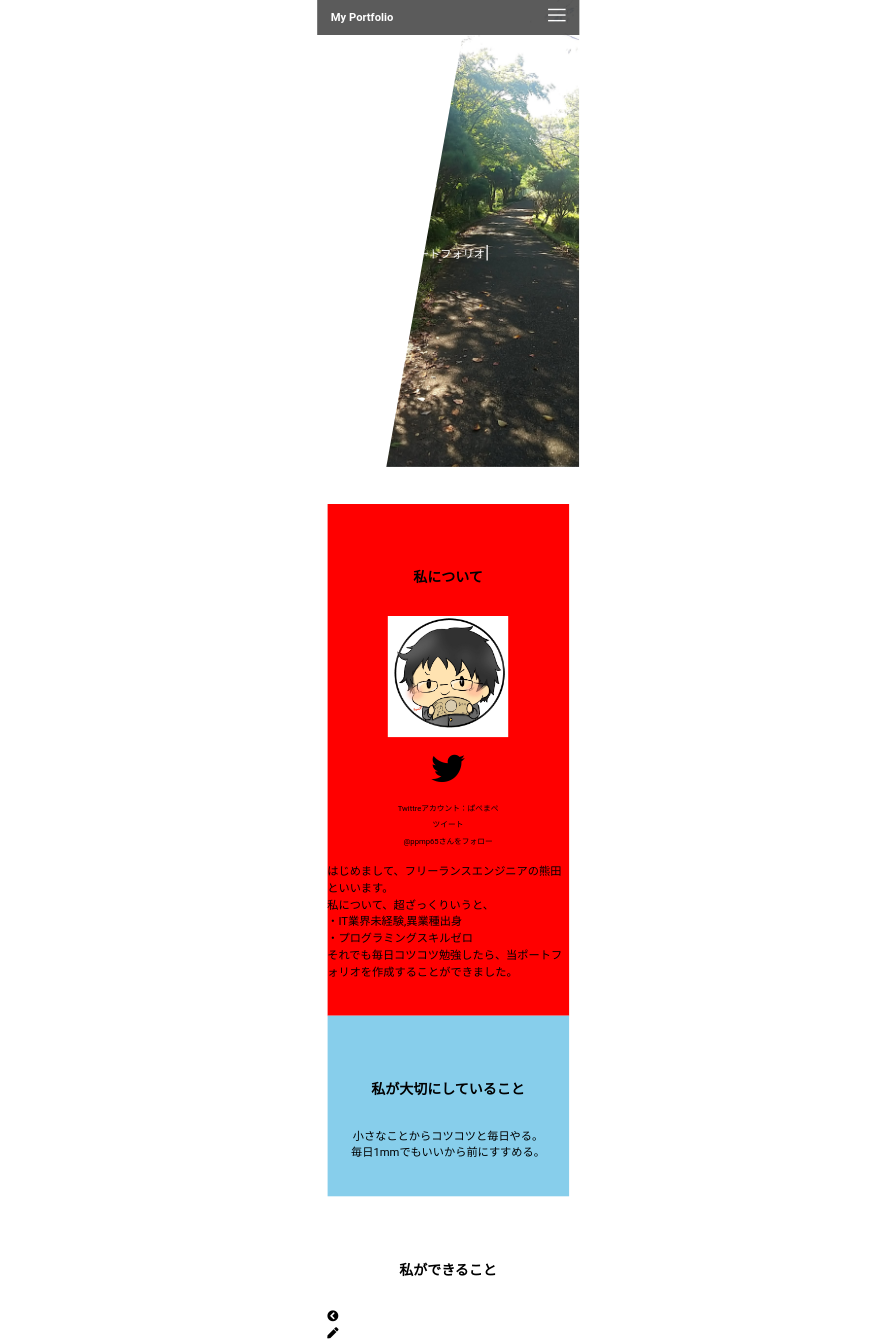
Repository: ppmp556/portfolio6
Page: index copy.html
An editor plug-in stored every save of this project. The page is shown before and after the next save, followed by the edit.
The browser window is 1280 px wide. The pictures show the part of the page from y = 0 to 1920 px (the page is 3189 px tall), at 70% of full size.
Some web libraries are served in a nearby version. The style sheet was rebuilt from its Sass, Less or Tailwind sources for each picture, by a compiler version that may differ from the author's.

Above is the page before, as saved 2020-10-12 21:39:26.
Console error: TypeError: Cannot read properties of null (reading 'addEventListener')

### index copy.html
<!DOCTYPE html>
<html ja>
  <head>
    <meta charset="utf-8" />
    <meta
      name="viewport"
      content="width=device-width, initial-scale=1.0, maximum-scale=1.0, minimum-scale=1.0"
    />
    <title>ポートフォリオ</title>
    <link rel="stylesheet" href="css/faundation.css" />
    <link rel="stylesheet" href="css/main.css" />
    <link
      href="https://use.fontawesome.com/releases/v5.6.1/css/all.css"
      rel="stylesheet"
    />
    <script src="https://ajax.googleapis.com/ajax/libs/jquery/3.4.1/jquery.min.js"></script>
  </head>

  <body>
    <div class="container">

      <div class="kv" id="kv">
        <div class="kv_container">
          <img src="images/道.jpg" alt="" class="kv_img">


          <!-- <img src="/images/3566338_s.jpg" alt="" class="kv_img"> -->
          <!-- <img src="/images/3566338_s.jpg" alt="" class="kv_img"> -->
          <!-- <img src="/images/3566338_s.jpg" alt="" class="kv_img"> -->
          <!-- <img src="/images/3566338_s.jpg" alt="" class="kv_img"> -->
          <div class="kv_wrapper line">
            <p class="kv_animetype">
                ポートフォリオ<span class="line_type">|</span>
            </p><!-- /.kv_animetype -->

          </div><!-- /.kv_wrapper -->
        </div><!-- /.kv_container -->
      </div>
      <!-- /#kv.kv -->

      <header class="header" id="top">
        <div class="header_inner flex">
          <h1 class="header_ttl"><a href="index.html">My Portfolio</a></h1>
          <!-- /.header_ttl -->

          <nav class="nav">
            <!-- ハンバーガーメニュー部分 -->

            <div class="nav_ham" id="nav_toggle">
              <span class="nav_line tg1"></span>
              <span class="nav_line tg2"></span>
              <span class="nav_line tg3"></span>
            </div>
            <!-- ハンバーガーメニューここまで -->

            <ul class="nav_list flex">
              <div class="nav_inner">
                <li class="nav_item">
                  <a href="#Top" class="nav_link">TOP</a>
                </li>
                <!-- /.nav_item -->
                <li class="nav_item">
                  <a href="#about" class="nav_link">Profile</a>
                </li>
                <!-- /.nav_item -->
                <li class="nav_item">
                  <a href="#skill" class="nav_link">Skill</a>
                </li>
                <!-- /.nav_item -->
                <li class="nav_item">
                  <a href="#blog" class="nav_link">Blog</a>
                </li>
                <!-- /.nav_item -->
                <li class="nav_item">
                  <a href="#create" class="nav_link">Create</a>
                </li>
                <!-- /.nav_item -->
              </div><!-- /.nav_inner -->
            </ul>
            <!-- /.nav_list -->
          </nav>
          <!-- /.nav -->
        </div><!-- /.header_inner -->
      </header>
      <!-- /.header -->



      <main class="main_container">
        <div class="inner">

          <section class="about" id="about">
            <h2 class="section_ttl">私について</h2>
            <!-- /.section_ttl -->

            <div class="section_inner">
              <div class="about_left">
                <div class="about_imgbox">
                  <img src="images/アイコン.jpg" alt="" class="about_img">
                  <div class="about_share">
                    <a href="" class="about_share_icon">
                      <i class="fab fa-twitter fa-3x share"></i>
                      <p class="about_sharetxt">Twittreアカウント：ぱぺまぺ</p>
                      <!-- /.about_sharetxt --> </a
                    ><!-- /.about_share_icon -->
                      <br>
                    <a
                      href="https://twitter.com/share"
                      class="twitter_share_button"
                      data-via="webgaku"
                      data-lang="ja"
                      >ツイート</a
                    >
                      <br>
                    <a
                      href="https://twitter.com/ppmp65"
                      class="twitter_follow_button"
                      data-show-count="false"
                      data-lang="ja"
                      >@ppmp65さんをフォロー</a
                    >
                  </div>
                  <!-- /.about_share -->
                </div>
                <!-- /.about_imgbox -->
              </div>
              <!-- /.about_left -->

              <div class="about_right">
                <p class="about_txt">
                  はじめまして、フリーランスエンジニアの熊田といいます。<br />
                  私について、超ざっくりいうと、<br />

                  ・IT業界未経験,異業種出身 <br />
                  ・プログラミングスキルゼロ<br />

                  それでも毎日コツコツ勉強したら、当ポートフォリオを作成することができました。
                </p>
                <!-- /.about_txt -->
              </div>
              <!-- /.about_right -->
            </div>
            <!-- /.section_inner -->
          </section>
          <!-- /#about.about -->

          <section class="policy" id="policy">
            <h2 class="section_ttl">私が大切にしていること</h2>
            <!-- /.section_ttl -->

            <div class="policy_animebox">
              <div class="policy_anime">
                <p class="policy_txt">
                  小さなことからコツコツと毎日やる。<br />
                  毎日1mmでもいいから前にすすめる。
                </p>
                <!-- /.policy_txt -->
              </div>
              <!-- /.policy_anime -->
            </div>
            <!-- /.policy_anime -->
          </section>
          <!-- /#policy.policy -->

          <section class="skill" id="skill">
            <div class="scroll_fade_row">
              <h2 class="section_ttl">私ができること</h2>
              <!-- /.section_ttl -->

              <div class="skill_box">
                <div class="skill_content">
                  <div class="slide_btn prev">
                    <i class="fas fa-chevron-circle-left"></i>
                  </div>
                  <!-- /.slide_btn -->

                  <div class="skill_inner">
                    <div class="skill_inbox slide active">
                      <i class="skillIcon fas fa-pen"></i>
                      <p class="skill_inboxttl">執筆</p>
                      <!-- /.skill_inboxttl -->
                      <p class="skill_txt">
                        文章を考えるのが好きです<br />
                        ブログ執筆で毎日1000～2000文字程度<br />
                        書いています。<br />
                        ブログは毎日1日1記事更新。
                      </p>
                      <!-- /.skill_txt -->
                    </div>
                    <!-- /.skill_inbox -->

                    <div class="skill_inbox slide active">
                      <i class="skillIcon fas fa-code"></i>
                      <p class="skill_inboxttl">コーディング</p>
                      <!-- /.skill_inboxttl -->
                      <p class="skill_txt">
                        独学とプログラミングスクール併用<br />
                        全くの知識ゼロから始めました。<br />
                      </p>
                      <!-- /.skill_txt -->
                    </div>
                    <!-- /.skill_inbox -->

                    <div class="skill_inbox slide active">
                      <i class="skillIcon fas fa-pen"></i>
                      <p class="skill_inboxttl">執筆</p>
                      <!-- /.skill_inboxttl -->
                      <p class="skill_txt">
                        文章を考えるのが好きです<br />
                        ブログ執筆で毎日1000～2000文字程度<br />
                        書いています。<br />
                        ブログは毎日1日1記事更新。
                      </p>
                      <!-- /.skill_txt -->
                    </div>
                    <!-- /.skill_inbox -->

                    <div class="skill_inbox slide active">
                      <i class="skillIcon fas fa-cog"></i>
                      <p class="skill_inboxttl">執筆</p>
                      <!-- /.skill_inboxttl -->
                      <p class="skill_txt">
                        文章を考えるのが好きです<br />
                        ブログ執筆で毎日1000～2000文字程度<br />
                        書いています。<br />
                        ブログは毎日1日1記事更新。
                      </p>
                      <!-- /.skill_txt -->
                    </div>
                    <!-- /.skill_inbox -->
                  </div>
                  <!-- /.skill_inner -->
                </div>
                <!-- /.skill_content -->
              </div>
              <!-- /.skill_box -->
            </div>
            <!-- /.scroll_fade_row -->
          </section>
          <!-- /#skill.skill -->

          <section class="blog" id="blog">
            <div class="scroll_fade_row">
              <h2 class="section_ttl">ブログ</h2>
              <!-- /.section_ttl -->

              <div class="section_inner">
                <h3 class="blog_txt">ぱぺまぺの低年収者のための資産運用計画</h3>
                <!-- /.blog_txt -->

                <div class="blog_imgbox">
                  <a href="https://ppmp556.com"
                    >https://ppmp556.com
                    <img
                      class="blogImg"
                      src="images/invest01.png"
                      alt="ブログ1"
                    />
                  </a>
                </div>
                <!-- /.blog_imgbox -->
                <div class="blog_txtbox">
                  <p class="blog_txt">
                    投資ブログです。<br />
                    資金が少なくてもできる投資や、<br />
                    初心者向けの投資、投資についての考え方や<br />
                    ヒントなどを発信しています。（1日1記事更新）
                  </p>
                  <!-- /.blog_txt -->
                </div>
                <!-- /.blog_txtbox -->
              </div>
              <!-- /.section_inner -->
            </div>
            <!-- /.scroll_fade_row -->
          </section>
          <!-- /#blog.blog -->

          <section class="create" id="create">
            <div class="scroll_fade_row">
              <h2 class="section_ttl">制作物</h2>
              <!-- /.section_ttl -->
              <div class="section_inner">
                <div class="create_imgbox">
                  <p class="create_ttl">ポートフォリオ<br />（このサイト）</p>
                  <!-- /.create_ttl -->

                  <!-- アコーディオンメニュー実装する -->
                </div>
                <!-- /.create_imgbox -->
              </div>
              <!-- /.section_inner -->
            </div>
            <!-- /.scroll_fade_row -->
          </section>
          <!-- /#create.create -->
        </div>
        <!-- /.inner -->
      </main>

      <footer class="footer">
        <ul class="footer_list">
          <li class="footer_nav">
            <a href="" class="footer_link"></a>
          </li>
          <!-- /.footer_nav -->
          <li class="footer_nav">
            <a href="" class="footer_link"></a>
          </li>
          <!-- /.footer_nav -->
          <li class="footer_nav">
            <a href="" class="footer_link"></a>
          </li>
          <!-- /.footer_nav -->
          <li class="footer_nav">
            <a href="" class="footer_link"></a>
          </li>
          <!-- /.footer_nav -->
          <li class="footer_nav">
            <a href="" class="footer_link"></a>
          </li>
          <!-- /.footer_nav -->
        </ul>
        <!-- /.footer_list -->

        <div class="footer_copy">
          <small class="footer_txt">@ copyright</small
          ><!-- /.footer_txt -->
        </div>
        <!-- /.footer_copy -->
      </footer>
      <!-- /.footer -->
    </div>
    <!-- /.container -->

    <!-- <btn id="page-top"><a href="#top">PAGE TOP</a></btn> -->
    <script src="https://code.jquery.com/jquery-3.4.1.js"></script>
    <script src="main.js"></script>
  </body>
</html>

### css/faundation.css
/*
html5doctor.com Reset Stylesheet
v1.6.1
Last Updated: 2010-09-17
Author: Richard Clark - http://richclarkdesign.com
Twitter: @rich_clark
*/

html,
body,
div,
span,
object,
iframe,
h1,
h2,
h3,
h4,
h5,
h6,
p,
blockquote,
pre,
abbr,
address,
cite,
code,
del,
dfn,
em,
img,
ins,
kbd,
q,
samp,
small,
strong,
sub,
sup,
var,
b,
i,
dl,
dt,
dd,
ol,
ul,
li,
fieldset,
form,
label,
legend,
table,
caption,
tbody,
tfoot,
thead,
tr,
th,
td,
article,
aside,
canvas,
details,
figcaption,
figure,
footer,
header,
hgroup,
menu,
nav,
section,
summary,
time,
mark,
audio,
video {
  margin: 0;
  padding: 0;
  border: 0;
  outline: 0;
  font-size: 100%;
  vertical-align: baseline;
  background: transparent;
}

body {
  line-height: 1.5;
}

article,
aside,
details,
figcaption,
figure,
footer,
header,
hgroup,
menu,
nav,
section {
  display: block;
}

nav ul {
  list-style: none;
}

table {
  border-collapse: collapse;
  border-spacing: 0;
}


a {
  color: inherit;
  text-decoration: none;
}


img {
  width: 100%;

  /*画像がはみでるのを防ぐ　max-width*/
  max-width: 100%;
  height: auto;

  vertical-align: bottom;
}

/* h1,h2,h3,h4,h5,h6 { */
/* font-weight: bold; */
/* } */

### css/main.scss
@charset 'utf-8';

/****************************************:

全体のスタイル

*****************************************:*/


$cWhite: #ffffff;
$cOcher: #c1a250;
$cBlack: #333;
$cGray: rgb(139, 137, 137);
$cBgColor: #eaebed;


$widthPc: 1024px;
$widthTab: 764px;
$widthSp: 480px;

@mixin fontsize($cFontSz: 3.6rem) {
    font-size: $cFontSz;
    color: $cWhite;
}





@mixin pc {
    @media screen and (min-width: $widthPc) {
        @content;
    }
}


@mixin tab {
    @media screen and (min-width: $widthTab) and (max-width: $widthPc) {
        @content;
    }
}



html {
    // ルートのフォントサイズ 10pxに設定
    font-size: 62.5%;
}

body {
    // デフォルトのフォントサイズ 16pxと同等のサイズに設定
    font-size: 1.6em;
    font-size: 16px;
    width: 375px;
    margin: 0 auto;
    font-family: "Roboto", sans-serif, "Noto Sans";
}


* {
    box-sizing: border-box;
}


.overall {
    font-family: "Yu Gothic", YuGothic, "Hiragino Kaku Gothic Pro", "YuGothic",
        "Meiryo", verdana, "Osaka", "MS PGothic", Sans-Serif, "Yu Mincho",
        YuMincho, "MS P Mincho", serif;

    background-color: $cBgColor;
}

.container {
    width: 100%;
    margin: 0 auto;
    // color: $cWhite;
    position: relative;
    overflow: hidden;
}



.mock {
    /* モック画像 */
    position: absolute;
    top: 0;
    left: 0;
    right: 0;
    margin: 0 auto;
    width: 375px;
    opacity: 0.3;

    /* 反転 */
    filter: hue-rotate(180deg);

    /* テキストを掴まないように */
    pointer-events: none;

    z-index: 999;
}



.flex {
    display: flex;
    justify-content: space-between;
}

.inner {
    margin: 0 auto;
    padding: 0 15px;
}

.section_ttl {
    display: block;
    text-align: center;
    margin: 40px 0;
    font-size: 2rem;
}

/****************************************:

kv

*****************************************:*/

.kv {
    position: relative;


    &_container {
        height: 100vh;

        clip-path: polygon(58% 0, 100% 0, 100% 100%, 24% 100%);

    }

    &_img {
        width: 100%;
        // height: 100%;
        display: block;

    }

    &_wrapper {
        position: absolute;
        top: 50%;
        left: 50%;
        transform: translate(-50%, -50%);
    }

    &_animetype {
        color: $cWhite;
    }


}


/****************************************:
タイプアニメーション
*****************************************:*/


.line {
    // position: relative;
    top: 50%;
    width: 24em;
    text-align: center;
    margin: 0 auto;
    font-size: 100%;
    white-space: nowrap;
    overflow: hidden;
    animation: type 2.5s steps(80, end);
    animation: typewriter 4s steps(60) 1s 1 normal both,
    /* normal:標準の方向で実行、both:forwardsとbackwardsの両方の規定に従う */
    blinkTextCursor 500ms steps(60) infinite normal;

    &_type {
        font-size: 25px;
        animation: blink 1s infinite;
        /* blink:点滅、infinite:無限に繰り返す */
    }
}



@keyframes type {
    from { width: 0; }
    to   {width: 100%; }
}


@keyframes blink {
    to{opacity: .0;}
}


@keyframes typewriter {
    from { width: 0; }
    to { width: 24em; }
}

@keyframes blinkTextCursor{/*点滅するカーソルのアニメーション*/
    from { border-right-color: $cWhite; }
    to { border-right-color: transparent; }
}





/****************************************:

policy

*****************************************:*/

.policy {
    padding: 50px 0;
    background-color: skyblue;
    margin: 0 auto;

    &_txt {
        text-align: center;

    }
}









/****************************************:

skill

*****************************************:*/


.skill {
    padding: 50px 0;
}














/****************************************:

header

*****************************************:*/

.header {
    position: absolute;
    top: 0;
    left: 0;
    width: 100%;
    background-color: $cBlack;
    opacity: 0.8;
    padding: 0 20px;
    line-height: 50px;
    color: $cWhite;
    z-index: 99;

    &.clicked {
        background-color: transparent;
    }

    &_inner.clicked {
        width: 85%;
        padding: 0 20px;
        margin-left: 35%;
        background-color: red;
        transition: .3s;
    }
}









/****************************************:

nav

*****************************************:*/

.nav {
    position: relative;



    &_list {
        position: absolute;
        right: -1000px;
        // right: -5vw;
        display: flex;
        flex-direction: column;

        &.clicked {
            right: -5vw;
            transition: .6s;
        }
    }

    &_inner {
        background-color: red;
        height: 88.9vh;
        width: 60.1vw;
        margin-top: 17%;

    }

    // ハンバーガーメニュー
    &_ham {
        cursor: pointer;
        position: absolute;
        top: 50%;
        right: 0;
        transform: translateY(-50%);
        // background-color: #ffffff;
        width: 25px;
        height: 25px;
        z-index: 100;

        &.clicked {
            right: 40px;
        }
    }

    &_line {
        position: absolute;
        width: 100%;
        height: 2px;
        background-color: $cWhite;

        &:nth-child(1) {
            top: 0px;
            // left: -5px;

        }

        &:nth-child(2) {
            top: 8px;
            // left: 5px;
        }

        &:nth-child(3) {
            top: 16px;
            /* left: -5px; */
        }

        &.clicked:nth-child(1) {
            transform: translateY(12px) rotate(-315deg);
            transition: .5s;

        }
        &.clicked:nth-child(2) {
            left: 0;
            transition: .9s;
            opacity: 0;

        }
        &.clicked:nth-child(3) {
            transform: translateY(-4px) rotate(315deg);
            transition: .5s;

        }




    }

    &_item {
        text-align: center;
    }


}




/****************************************:

about

*****************************************:*/

.about {
    padding: 50px 0;
    background-color: red;

    &_imgbox {
        width: 50%;
        margin: 0 auto;
    }

    &_img {
        display: block;
        width: 100%;
        height: 100%;
    }

    &_share {
        text-align: center;

        &_icon {
            width: 100%;
        }
    }
    &_sharetxt {
        display: inline-block;
        font-size: 1.1rem;
    }

    &_left {
        margin: 20px 0;
    }
}

.share {
    padding: 20px 0;

    &:hover {
        margin-bottom: 5px;
    }
}

.twitter {

    &_share_button {
        font-size: 1.1rem;
    }

    &_follow_button {
        font-size: 1.1rem;
    }
}

.fa-twitter {
    font-size: 2rem;
}

Loaded but not shown: main.js (197 lines, source omitted)

After the next save:
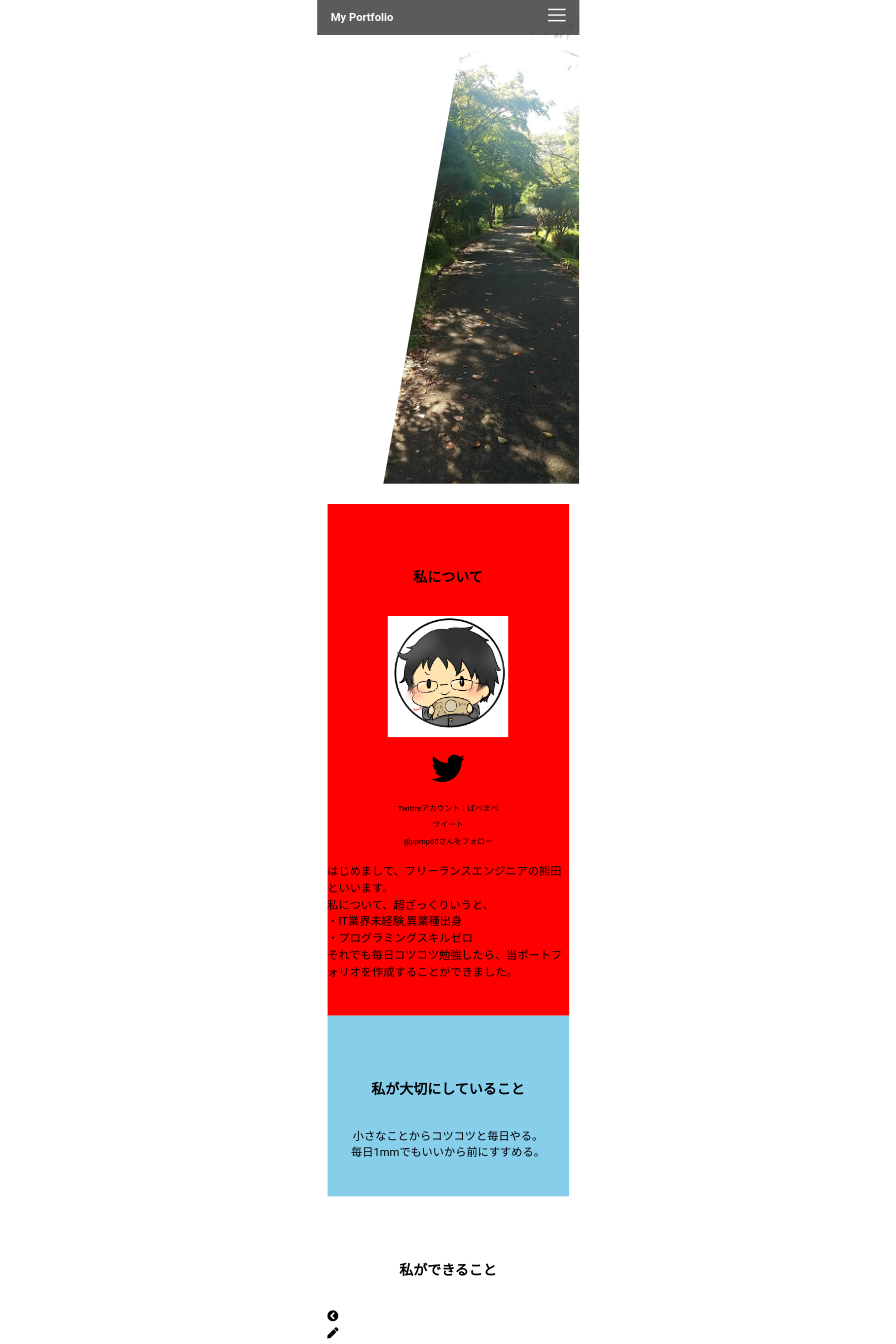
Saved 4 min 52 s later.
--- a/index copy.html
+++ b/index copy.html
@@ -21,6 +21,7 @@
 
       <div class="kv" id="kv">
         <div class="kv_container">
+          <p class="kv_ttl">kuma</p>
           <img src="images/道.jpg" alt="" class="kv_img">
 
 
@@ -30,7 +31,7 @@
           <!-- <img src="/images/3566338_s.jpg" alt="" class="kv_img"> -->
           <div class="kv_wrapper line">
             <p class="kv_animetype">
-                ポートフォリオ<span class="line_type">|</span>
+                <!-- ポートフォリオ<span class="line_type">|</span> -->
             </p><!-- /.kv_animetype -->
 
           </div><!-- /.kv_wrapper -->
